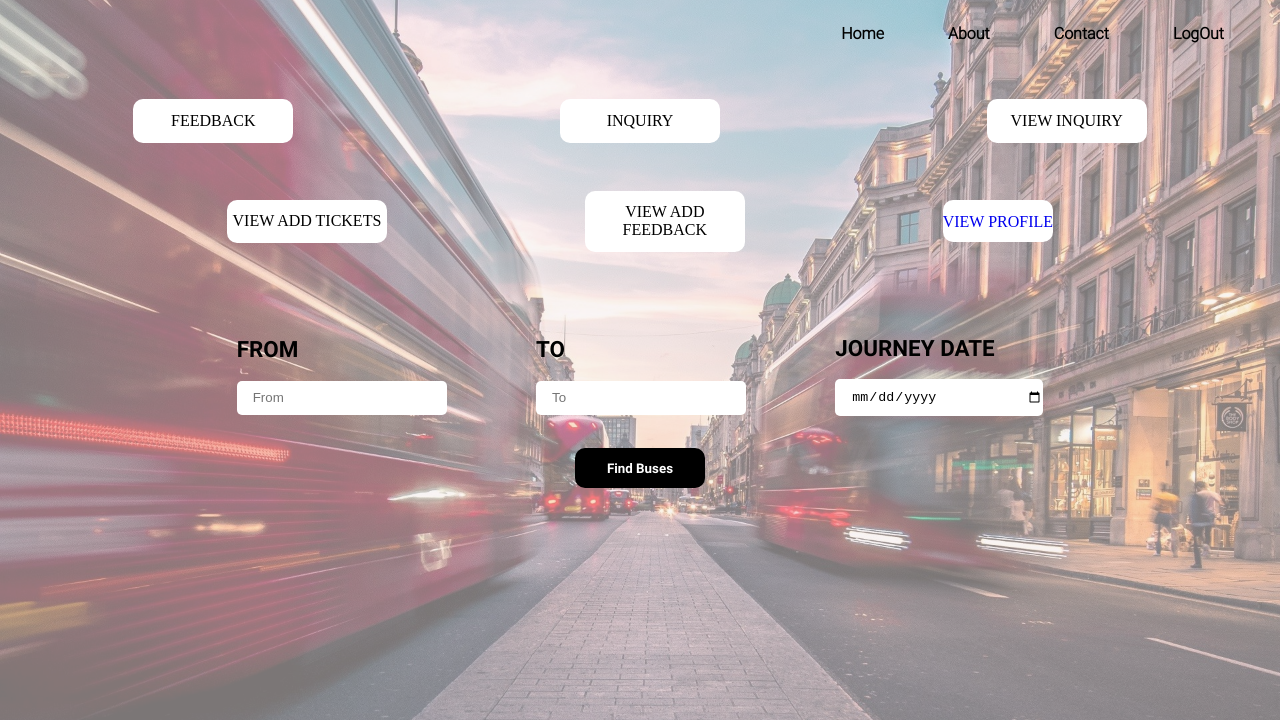
Repository: Savindushehan/RouteMaster-Group-project
Page: http://localhost/RouterMaster/MainHome.jsp
The author's editor kept a copy of each file at every save. The page is drawn from the files as they stood at one save, then again after the next save.
The browser window is 1280 px wide. The pictures show the whole page.
The page is served by Tomcat 10.

Above is the page before, as saved 2023-10-08 03:00:10.

After the next save:
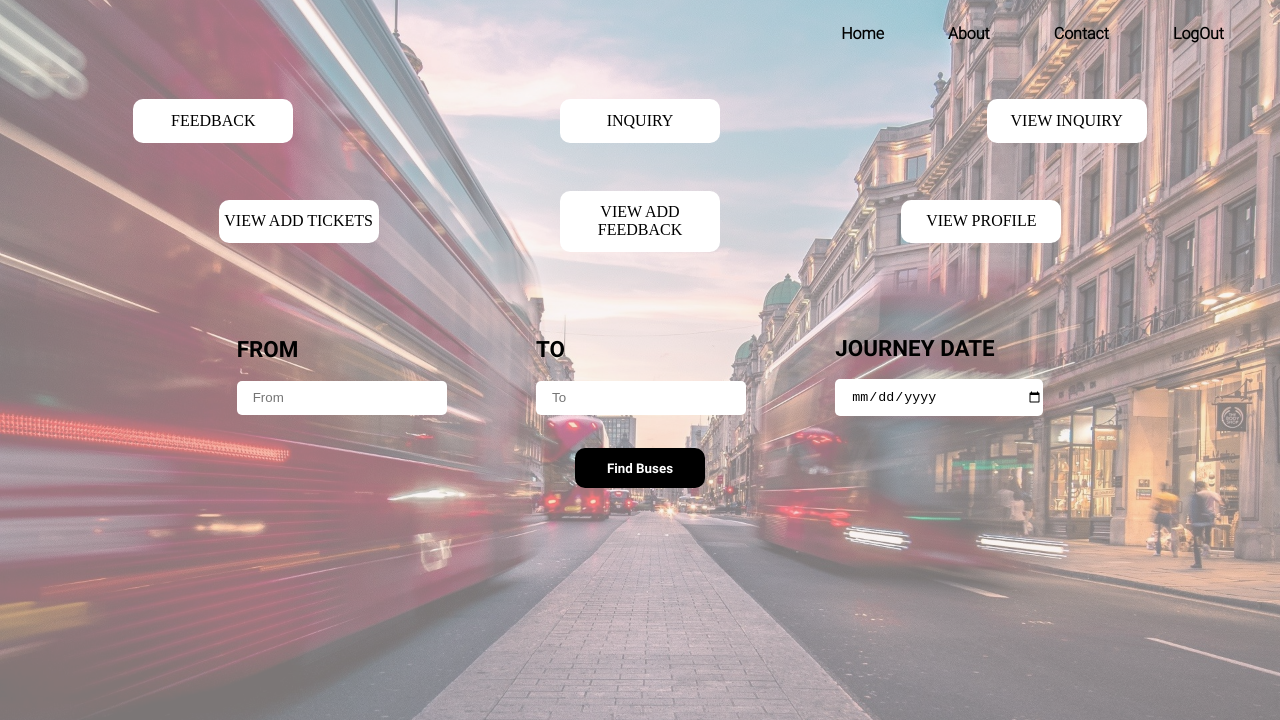
Saved 40 h 14 min later.
--- a/RouteMaster/RouterMaster/src/main/webapp/MainHome.jsp
+++ b/RouteMaster/RouterMaster/src/main/webapp/MainHome.jsp
@@ -161,7 +161,7 @@
        <div class="row2">
 		<span id="s4" name="ticket">VIEW ADD TICKETS</span>
    		 <span id="s5" name="viewfeedback">VIEW ADD FEEDBACK</span>
-	    <a href="LoginServlet?profile=profile"><span id="s6" name="profile">VIEW PROFILE</span></a>
+	    <span id="s6" name="profile" value="profile">VIEW PROFILE</span>
 	</div>
 
         <form>
